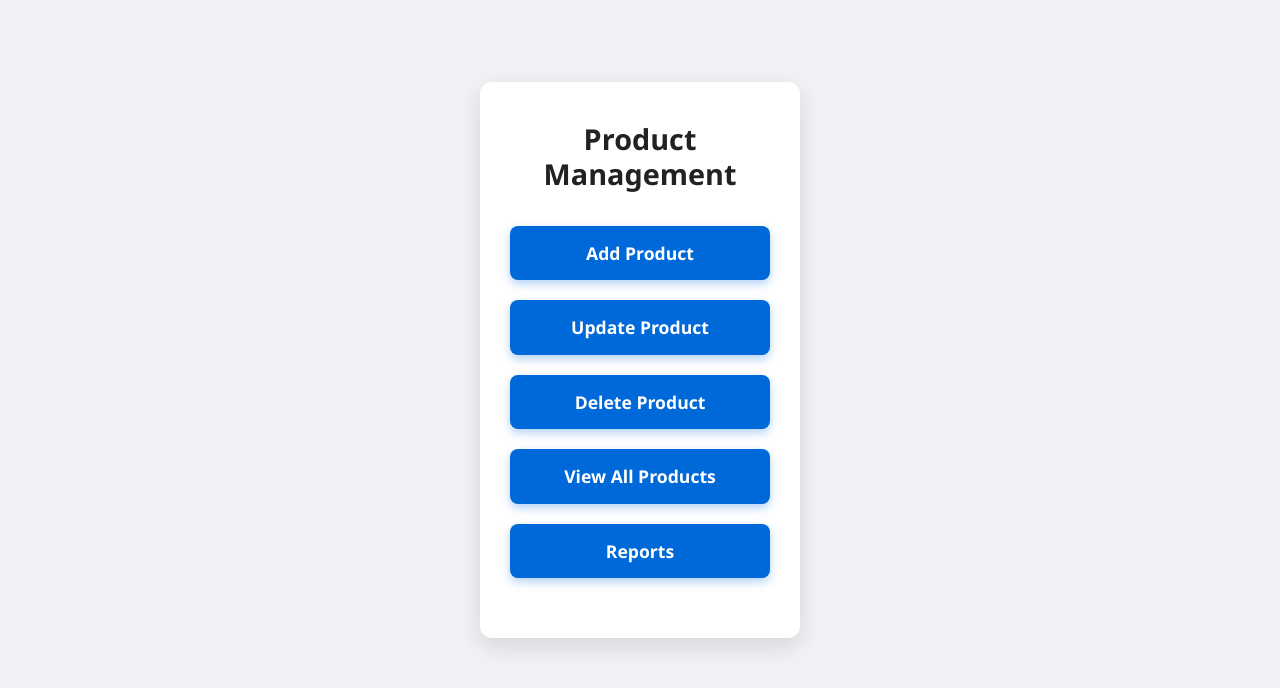
Repository: srushtinb/ProductManagementSystem
Page: http://localhost/ProductManagementSystem/
An editor plug-in stored every save of this project. The page is shown before and after the next save, followed by the edit.
The browser window is 1280 px wide. The pictures show the whole page.
Some web libraries are served in a nearby version. The page is served by Tomcat 9. Other server files are loaded and not shown.

Above is the page before, as saved 2025-05-27 10:12:20.

### ProductManagementSystem/src/main/webapp/index.jsp
<%@ page contentType="text/html;charset=UTF-8" language="java" %>
<!DOCTYPE html>
<html lang="en">
<head>
  <meta charset="UTF-8" />
  <meta name="viewport" content="width=device-width, initial-scale=1" />
  <title>Product Management System</title>
  <link href="https://cdn.jsdelivr.net/npm/bootstrap@5.4.3/dist/css/bootstrap.min.css" rel="stylesheet" />
  <style>
    body {
      background-color: #f0f2f5;
      font-family: 'Segoe UI', Tahoma, Geneva, Verdana, sans-serif;
      display: flex;
      justify-content: center;
      align-items: center;
      height: 100vh;
      margin: 0;
    }
    .container {
      background: white;
      padding: 40px 30px;
      border-radius: 12px;
      box-shadow: 0 8px 24px rgba(0, 0, 0, 0.12);
      max-width: 320px;
      width: 100%;
      text-align: center;
    }
    h1 {
      margin-bottom: 35px;
      font-weight: 700;
      color: #222;
      font-size: 1.8rem;
    }
    .btn-primary {
      width: 100%;
      padding: 14px 0;
      margin-bottom: 20px;
      font-size: 1.1rem;
      font-weight: 600;
      border-radius: 8px;
      background-color: #0069d9;
      border: none;
      box-shadow: 0 4px 10px rgba(0, 105, 217, 0.3);
      transition: background-color 0.25s ease;
    }
    .btn-primary:hover,
    .btn-primary:focus {
      background-color: #004a9f;
      box-shadow: 0 6px 14px rgba(0, 74, 159, 0.5);
      outline: none;
    }
  </style>
</head>
<body>

  <div class="container">
    <h1>Product Management</h1>
    <a href="productadd.jsp" class="btn btn-primary">Add Product</a>
    <a href="productupdate.jsp" class="btn btn-primary">Update Product</a>
    <a href="productdelete.jsp" class="btn btn-primary">Delete Product</a>
    <a href="DisplayProductsServlet" class="btn btn-primary">View All Products</a>
    <a href="reports.jsp" class="btn btn-primary">Reports</a>
  </div>

  <script src="https://cdn.jsdelivr.net/npm/bootstrap@5.4.3/dist/js/bootstrap.bundle.min.js"></script>
</body>
</html>

After the next save:
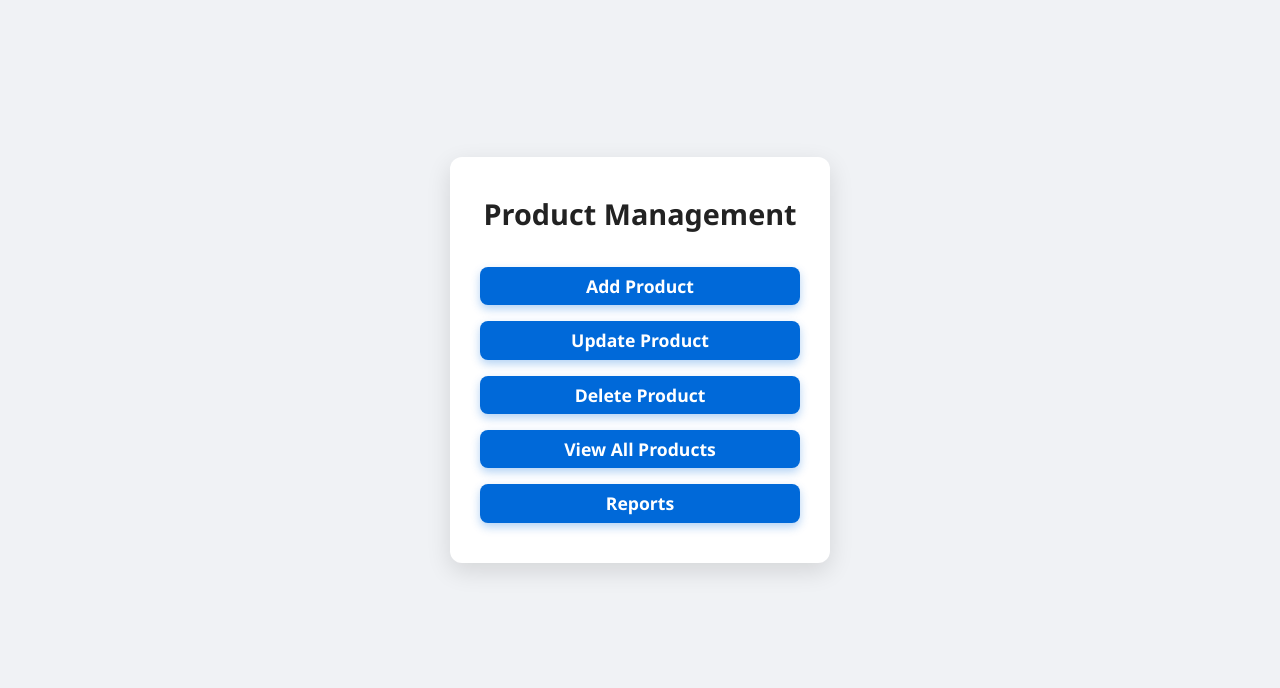
Saved 2 min 51 s later.
--- a/ProductManagementSystem/src/main/webapp/index.jsp
+++ b/ProductManagementSystem/src/main/webapp/index.jsp
@@ -21,7 +21,7 @@
       padding: 40px 30px;
       border-radius: 12px;
       box-shadow: 0 8px 24px rgba(0, 0, 0, 0.12);
-      max-width: 320px;
+      max-width: 380px;
       width: 100%;
       text-align: center;
     }
@@ -32,9 +32,6 @@
       font-size: 1.8rem;
     }
     .btn-primary {
-      width: 100%;
-      padding: 14px 0;
-      margin-bottom: 20px;
       font-size: 1.1rem;
       font-weight: 600;
       border-radius: 8px;
@@ -55,11 +52,13 @@
 
   <div class="container">
     <h1>Product Management</h1>
-    <a href="productadd.jsp" class="btn btn-primary">Add Product</a>
-    <a href="productupdate.jsp" class="btn btn-primary">Update Product</a>
-    <a href="productdelete.jsp" class="btn btn-primary">Delete Product</a>
-    <a href="DisplayProductsServlet" class="btn btn-primary">View All Products</a>
-    <a href="reports.jsp" class="btn btn-primary">Reports</a>
+    <div class="d-grid gap-3">
+      <a href="productadd.jsp" class="btn btn-primary">Add Product</a>
+      <a href="productupdate.jsp" class="btn btn-primary">Update Product</a>
+      <a href="productdelete.jsp" class="btn btn-primary">Delete Product</a>
+      <a href="DisplayProductsServlet" class="btn btn-primary">View All Products</a>
+      <a href="reports.jsp" class="btn btn-primary">Reports</a>
+    </div>
   </div>
 
   <script src="https://cdn.jsdelivr.net/npm/bootstrap@5.4.3/dist/js/bootstrap.bundle.min.js"></script>
